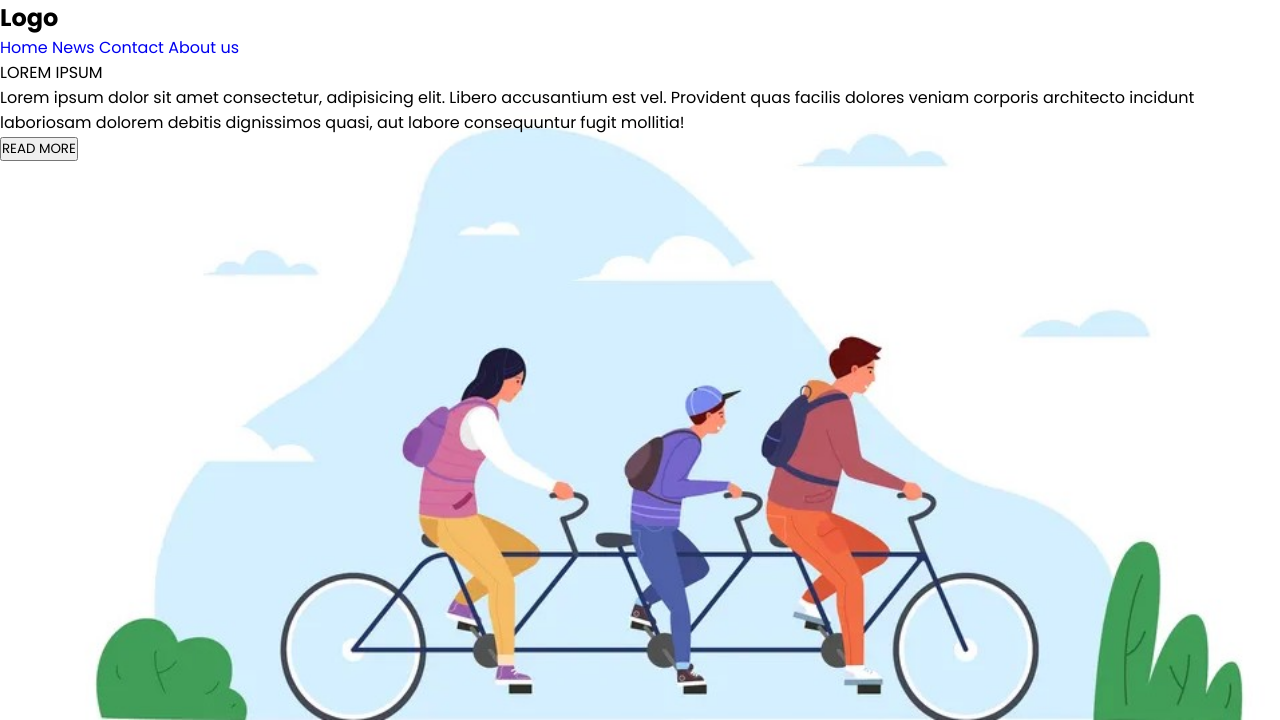
Repository: nganha241/1806
Page: index.html
The author's editor kept a copy of each file at every save. The page is drawn from the files as they stood at one save, then again after the next save.
The browser window is 1280 px wide. The pictures show the whole page.

Above is the page before, as saved 2022-06-18 15:32:03.

### index.html
<!DOCTYPE html>
<html lang="en">
  <head>
    <meta charset="UTF-8" />
    <meta http-equiv="X-UA-Compatible" content="IE=edge" />
    <meta name="viewport" content="width=device-width, initial-scale=1.0" />
    <title>Document</title>
    <link rel="stylesheet" href="style.css" />
  </head>
  <body>
    <section>
      <header>
        <div class="logo">
          <h2>Logo</h2>
        </div>
        <div class="navigation">
          <a href="#">Home</a>
          <a href="#">News</a>
          <a href="#">Contact</a>
          <a href="#">About us</a>
        </div>
      </header>
      <div class="content">
        <div class="title">LOREM IPSUM</div>
        <p>
          Lorem ipsum dolor sit amet consectetur, adipisicing elit. Libero
          accusantium est vel. Provident quas facilis dolores veniam corporis
          architecto incidunt laboriosam dolorem debitis dignissimos quasi, aut
          labore consequuntur fugit mollitia!
        </p>
        <button class="btn-more">READ MORE</button>
      </div>
    </section>
  </body>
</html>

### style.css
@import url('https://fonts.googleapis.com/css2?family=Poppins:wght@300;400;500;600;700;800;900&display=swap');

* {
    box-sizing: border-box;
    padding: 0;
    margin: 0;
    font-family: 'Poppins', sans-serif;
}

a {
    text-decoration: none;
}

section {
    width: 100%;
    min-height: 100vh;
    display: flex;
    flex-direction: column;
    justify-content: flex-start;
    background: url('./bg.jpg');
    background-size: cover;
    background-position: r;
}

After the next save:
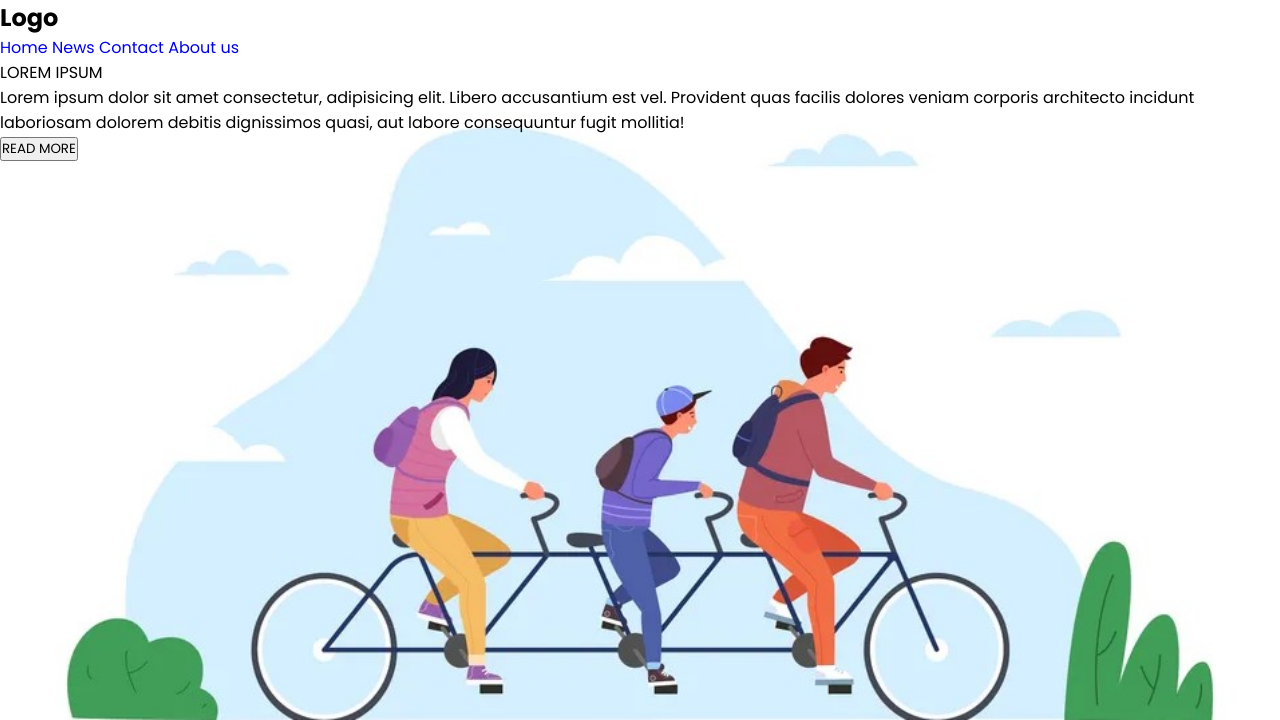
Saved 5 s later.
--- a/style.css
+++ b/style.css
@@ -19,5 +19,5 @@ section {
     justify-content: flex-start;
     background: url('./bg.jpg');
     background-size: cover;
-    background-position: r;
+    background-position: center;
 }
